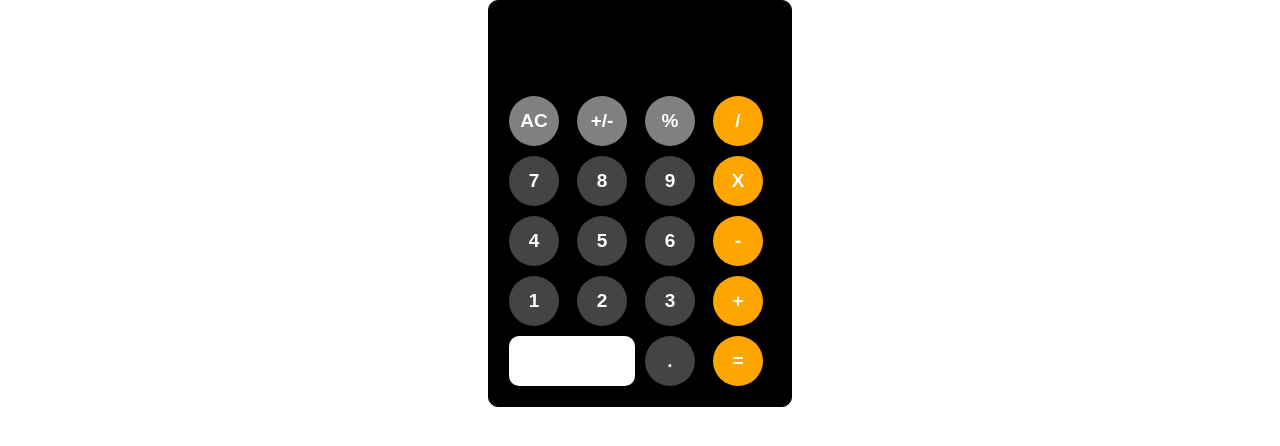
Repository: dmpelaez/calculator
Page: Calculator.html
The author's editor kept a copy of each file at every save. The page is drawn from the files as they stood at one save, then again after the next save.
The browser window is 1280 px wide. The pictures show the whole page.

Above is the page before, as saved 2025-12-15 22:27:51.

After the next save:
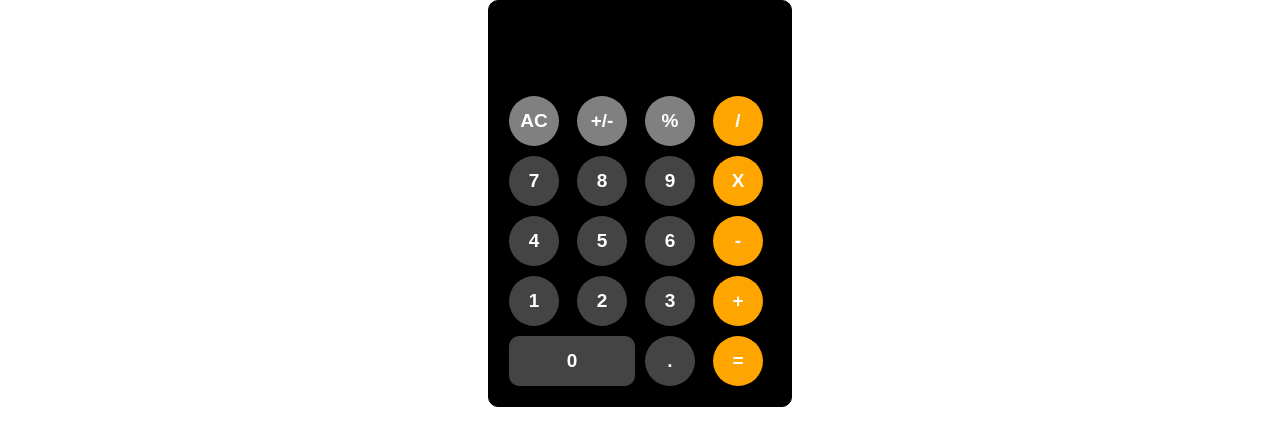
Saved 27 s later.
--- a/Calculator.css
+++ b/Calculator.css
@@ -48,6 +48,7 @@ background: black;
   color: white;
   background: rgb(68, 68, 68);
 }
+
 .equal {
   grid-column: 4
 }
@@ -60,6 +61,7 @@ background: black;
   background: white;
   width: auto;
   border-radius: 10px;
+  background: rgb(68, 68, 68);
 }
 .cancel,
 .signs,
